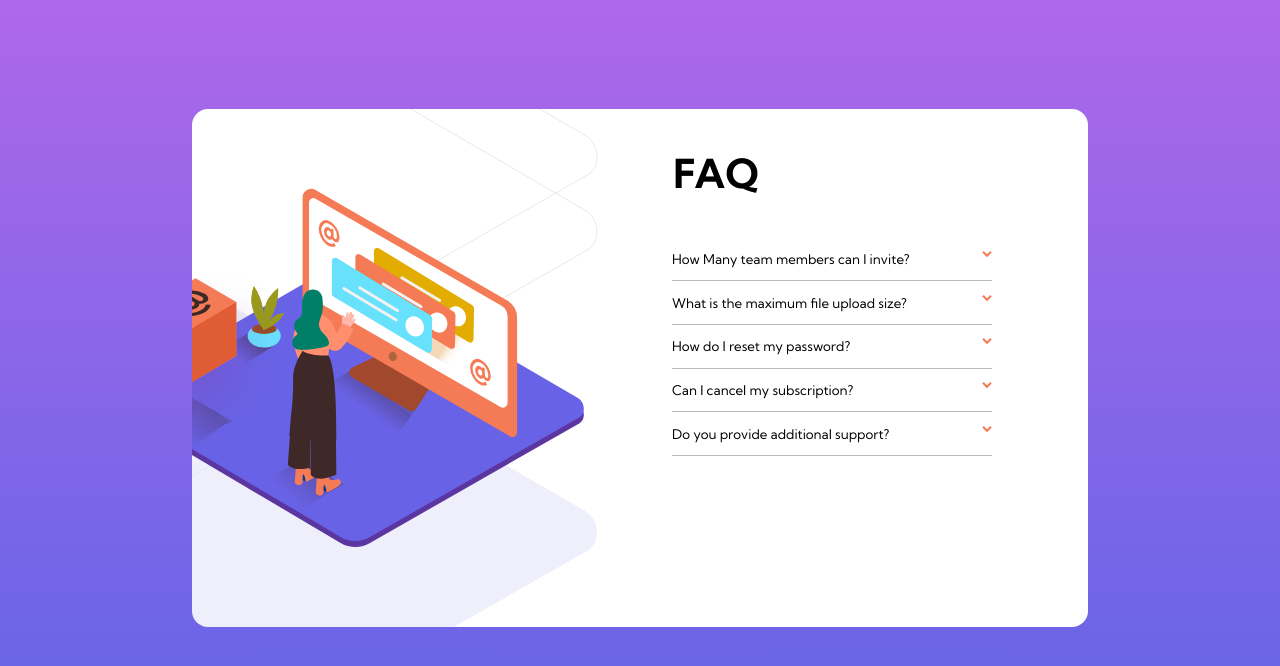
Repository: ryanwilll/ProjetoFAQ
Page: index.html
An editor plug-in stored every save of this project. The page is shown before and after the next save, followed by the edit.
The browser window is 1280 px wide. The pictures show the whole page.

Above is the page before, as saved 2022-10-28 12:15:14.

### index.html
<!DOCTYPE html>
<html lang="pt-br">

<head>
  <meta charset="UTF-8">
  <meta name="viewport" content="width=device-width, initial-scale=1.0">
  <!-- displays site properly based on user's device -->
  <link rel="preconnect" href="https://fonts.googleapis.com">
  <link rel="preconnect" href="https://fonts.gstatic.com" crossorigin>
  <link rel="preconnect" href="https://fonts.googleapis.com">
  <link rel="preconnect" href="https://fonts.gstatic.com" crossorigin>
  <link href="https://fonts.googleapis.com/css2?family=Kumbh+Sans:wght@400;700&display=swap" rel="stylesheet">
  <link rel="icon" type="image/png" sizes="32x32" href="./images/favicon-32x32.png">
  <link rel="stylesheet" href="./css/style.css">
  <link rel="stylesheet" href="./css/allmedia.css">
  <title>Frontend Mentor | FAQ Accordion Card</title>

  <!-- Feel free to remove these styles or customise in your own stylesheet 👍 -->
</head>

<body>

  <main class="container">
    <div class="card-white">
      <div class="imgs">
        <img class="img-principal" src="./images/illustration-woman-online-mobile.svg" alt="Ilustração Mobile">
        <img class="sombra-img-principal" src="./images/bg-pattern-mobile.svg" alt="Sombreamento da Imagem">
      </div>

      <div class="imgs-desktop">
        <img class="Box-Imagem" src="./images/illustration-box-desktop.svg" alt="Box da Imagem">
      </div>
      <h1 class="FAQ">FAQ</h1>
      <div class="faq-menu">

        <div class="text">
          <button class="button-answer">
            <div class="question"> How Many team members can I invite?<img class="seta"
                src="./images/icon-arrow-down.svg" alt="Seta para baixo"></div>

          </button>
          <p class="answer"> You can invite up to 2 additional users on the Free plan. There is no limit on team
            members
            for the Premium
            plan.</p>
        </div>
        <div class="text">
          <button class="button-answer">
            <div class="question"> What is the maximum file upload size?<img class="seta"
                src="./images/icon-arrow-down.svg" alt="Seta para baixo"></div>

          </button>
          <p class="answer"> No more than 2GB. All files in your account must fit your allotted storage space.</p>
        </div>
        <div class="text">
          <button class="button-answer">
            <div class="question"> How do I reset my password?<img class="seta" src="./images/icon-arrow-down.svg"
                alt="Seta para baixo"></div>

          </button>
          <p class="answer"> Click “Forgot password” from the login page or “Change password” from your profile page.
            A reset link will be emailed to you.</p>
        </div>
        <div class="text">
          <button class="button-answer">
            <div class="question"> Can I cancel my subscription?<img class="seta" src="./images/icon-arrow-down.svg"
                alt="Seta para baixo"></div>

          </button>
          <p class="answer"> Yes! Send us a message and we’ll process your request no questions asked.</p>
        </div>
        <div class="text">
          <button class="button-answer">
            <div class="question"> Do you provide additional support?<img class="seta"
                src="./images/icon-arrow-down.svg" alt="Seta para baixo"></div>

          </button>
          <p class="answer"> You can invite up to 2 additional users on the Free plan. There is no limit on team
            members
            for the Premium
            plan.</p>
        </div>
      </div>

    </div>
  </main>
  <script src="./src/index.js"></script>
</body>

</html>

### css/style.css
@charset "UTF-8";
input,
textarea,
button,
select,
a {
  -webkit-tap-highlight-color: rgba(0, 0, 0, 0);
}
/*Versão Mobile First*/
* {
  font-family: "Kumbh Sans", sans-serif;
  margin: 0px;
  padding: 0px;
  box-sizing: border-box;
}

body {
  background: linear-gradient(hsl(273, 75%, 66%) 80%, hsl(240, 73%, 65%));
  background: linear-gradient(hsl(273, 75%, 66%) 80%, hsl(240, 73%, 65%));
  background-repeat: no-repeat;
  position: relative;
  height: 100vh;
  width: 100vw;
}

.card-white {
  background-color: white;
  width: 90vw;
  max-height: 100vh;
  margin: 10em auto;
  border-radius: 1em;
  padding-bottom: 5em;
}

.card-white .imgs {
  position: relative;
  width: 50vw;
  margin: auto;
  top: -5.5em;
  z-index: 1;
}

.card-white .imgs .sombra-img-principal {
  position: relative;
  width: 50vw;
  margin: auto;
  top: -4.5em;
  z-index: -1;
}
.card-white .FAQ {
  font-size: 2.5em;
  text-align: center;
  font-weight: 600;
  margin: -3em 0em 1em;
}

.card-white button {
  border-style: none;
  text-align: left;
  background-color: transparent;
  transition: color ease-in-out 0.2s;
  justify-content: space-between;
  cursor: pointer;
  width: 80vw;
}

.card-white button img {
  position: relative;
  float: right;
  margin: auto;
}

.imgs-desktop {
  display: none;
}

.card-white button:hover {
  color: orange;
}

.card-white .faq-menu .text .question {
  width: 80vw;
  margin: 1em 0em;
}

.card-white .answer {
  visibility: hidden;
  height: 0;
  transition: height 0.5s ease;
}
.card-white .faq-menu .text {
  border-bottom: 1px solid rgb(187, 186, 186);
  width: 80vw;
  margin: auto;
}

.card-white .faq-menu .text.active .question {
  font-weight: bold;
}

.card-white .faq-menu .text.active .answer {
  visibility: visible;
  height: 2.4em;
  margin: 0.5em 0em;
  width: 75vw;
  font-size: 0.7em;
  margin-bottom: 2em;
  animation: fade 1s ease-in-out;
}

.card-white .faq-menu .text.active .seta {
  transform: rotate(180deg);
}
.seta {
  transition: transform 0.5s ease-in;
}

@keyframes fade {
  from {
    opacity: 0;
    transform: translateY(-10px);
  }
  to {
    opacity: 1;
    transform: translateY(0px);
  }
}

### css/allmedia.css
@media screen and (min-width: 600px) and (max-width: 768px) {
  body {
    background: linear-gradient(hsl(273, 75%, 66%) 80%, hsl(240, 73%, 65%));
    background: linear-gradient(hsl(273, 75%, 66%) 80%, hsl(240, 73%, 65%));
    background-repeat: no-repeat;
    position: relative;
    height: 100vh;
    width: 100vw;
  }
  .card-white {
    max-height: 100%;
    margin: 13em auto;
    border-radius: 1em;
    padding-bottom: 5em;
  }
  .card-white .imgs {
    top: -10.5em;
  }

  .card-white .imgs .sombra-img-principal {
    top: -7.5em;
  }
  .card-white .FAQ {
    font-size: 3.5em;
    margin: -5em 0em 1em;
  }

  .card-white button img {
    width: 1.5em;
    height: 1em;
  }
  .card-white .faq-menu .text .question {
    font-size: 2em;
  }
  .card-white .faq-menu .text.active .answer {
    font-size: 1.5em;
  }
}

@media screen and (min-width: 769px) and (max-width: 992px) {
  body {
    background: linear-gradient(hsl(273, 75%, 66%) 80%, hsl(240, 73%, 65%));
    background: linear-gradient(hsl(273, 75%, 66%) 80%, hsl(240, 73%, 65%));
    background-repeat: no-repeat;
    position: relative;
    height: 100%;
    width: 100%;
  }
  .card-white {
    max-height: 100%;
    margin: 15em auto;
    border-radius: 1em;
    padding-bottom: 5em;
  }
  .card-white .imgs {
    top: -10.5em;
  }

  .card-white .imgs .sombra-img-principal {
    top: -7.5em;
  }
  .card-white .FAQ {
    font-size: 4em;
    margin: -3em 0em 1em;
  }
  .card-white button img {
    width: 1.5em;
    height: 1em;
  }
  .card-white .faq-menu .text .question {
    font-size: 2em;
  }
  .card-white .faq-menu .text.active .answer {
    font-size: 1.5em;
  }
}

@media screen and (min-width: 993px) and (max-width: 1200px) {
  body {
    background: linear-gradient(hsl(273, 75%, 66%) 80%, hsl(240, 73%, 65%));
    background: linear-gradient(hsl(273, 75%, 66%) 80%, hsl(240, 73%, 65%));
    background-repeat: no-repeat;
    position: relative;
    height: 100%;
    width: 100%;
  }
  .card-white {
    max-height: 100%;
    margin: 15em auto;
    border-radius: 1em;
    padding-bottom: 5em;
  }
  .card-white .imgs {
    top: -16.5em;
  }

  .card-white .imgs .sombra-img-principal {
    top: -11.5em;
  }
  .card-white .FAQ {
    font-size: 5em;
    margin: -5.5em 0em 1em;
  }
  .card-white button img {
    width: 1.5em;
    height: 1em;
  }
  .card-white .faq-menu .text .question {
    font-size: 2.3em;
  }
  .card-white .faq-menu .text.active .answer {
    font-size: 1.7em;
  }
}

@media screen and (min-width: 1201px) {
  body {
    margin: 0;
    height: 100%;
    min-height: 100vh;
    max-width: 100vw;
    background: linear-gradient(hsl(273, 75%, 66%), hsl(240, 73%, 65%));
    display: grid;
    justify-content: center;
    align-content: center;
    overflow-x: hidden;
  }
  .imgs {
    display: none;
  }

  .card-white {
    position: relative;
    background-color: white;
    min-height: 70vh;
    height: 100%;
    width: 70vw;
    margin: 8em auto 0.4em auto;
    border-radius: 1em;
    padding-bottom: 5em;
    box-sizing: border-box;

    background: url(../images/illustration-box-desktop.svg) center left -6em no-repeat,
      url(../images/illustration-woman-online-desktop.svg) center left -5em no-repeat,
      url(../images/bg-pattern-desktop.svg) bottom -11em left -35em no-repeat;

    background-color: white;
    /*background-image: url(../images/illustration-woman-online-desktop.svg);
    background-position: -5em center;
    background-repeat: no-repeat;
  */
  }

  .card-white .FAQ {
    font-size: 2.5em;
    font-weight: 600;
    padding-top: 1em;
    box-sizing: border-box;
    margin-left: 3.8em;
  }
  .card-white .faq-menu .text {
    border-bottom: 1px solid rgb(187, 186, 186);
    width: 25vw;
    margin-right: 6em;
  }
  .card-white button {
    width: 25vw;
  }
  .card-white button img {
    margin: auto;
  }
  .card-white .faq-menu .text .question {
    width: 25vw;
  }
  .card-white .faq-menu .text .answer {
    max-width: 25vw;
  }
}

### src/index.js
const faqs = document.querySelectorAll(".text");

faqs.forEach((faq) => {
  faq.addEventListener("click", () => {
    faq.classList.toggle("active");
  });
});

After the next save:
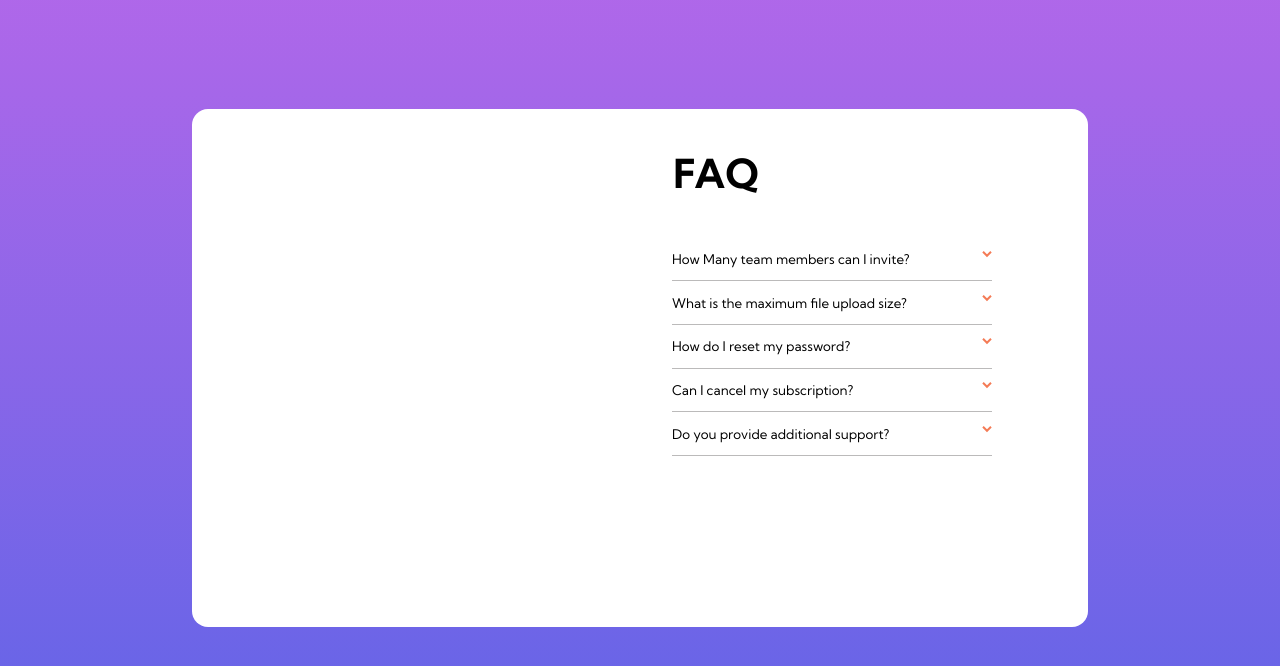
Saved 19 s later.
--- a/css/allmedia.css
+++ b/css/allmedia.css
@@ -140,9 +140,10 @@
     padding-bottom: 5em;
     box-sizing: border-box;
 
-    background: url(../images/illustration-box-desktop.svg) center left -6em no-repeat,
-      url(../images/illustration-woman-online-desktop.svg) center left -5em no-repeat,
-      url(../images/bg-pattern-desktop.svg) bottom -11em left -35em no-repeat;
+    background:
+    url(../images/illustration-woman-online-desktop.svg) center left -5em
+        no-repeat,
+      url(../images/bg-pattern-desktop.svg) bottom -11em left -35em no-repeat,
 
     background-color: white;
     /*background-image: url(../images/illustration-woman-online-desktop.svg);

After the save that followed:
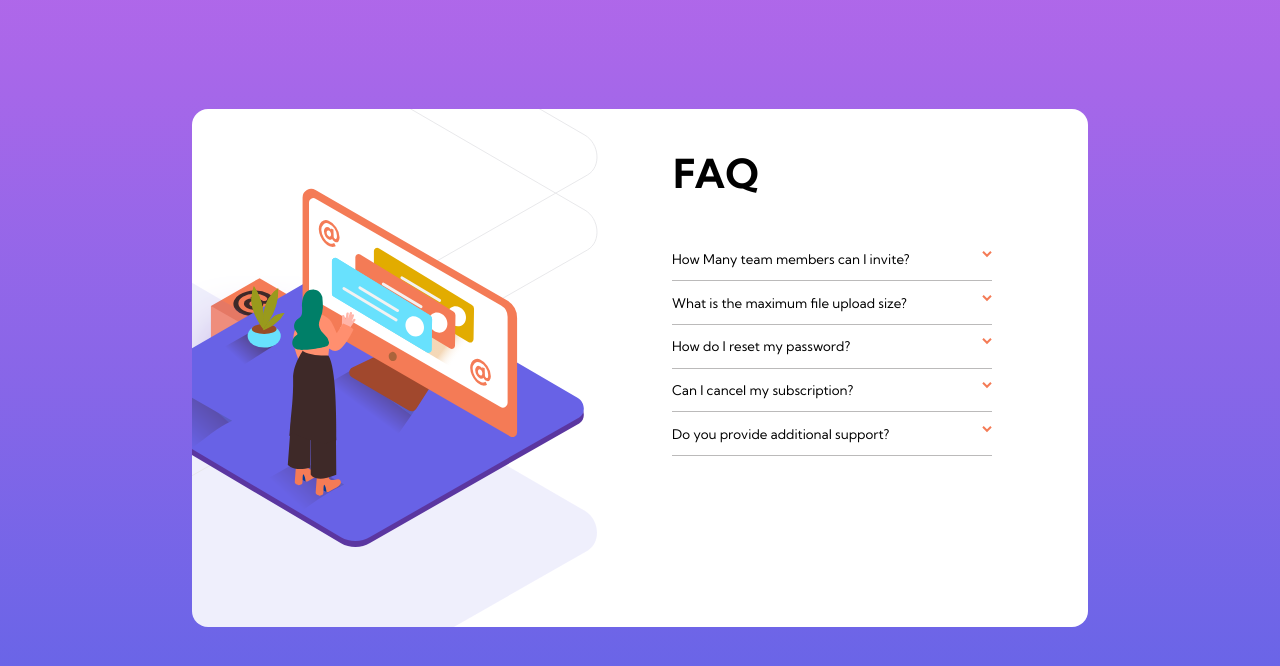
Saved 5 s later.
--- a/css/allmedia.css
+++ b/css/allmedia.css
@@ -140,11 +140,10 @@
     padding-bottom: 5em;
     box-sizing: border-box;
 
-    background:
-    url(../images/illustration-woman-online-desktop.svg) center left -5em
+    background: url(../images/illustration-woman-online-desktop.svg) center left -5em
         no-repeat,
       url(../images/bg-pattern-desktop.svg) bottom -11em left -35em no-repeat,
-
+      url(../images/illustration-box-desktop.svg) center left -2em no-repeat;
     background-color: white;
     /*background-image: url(../images/illustration-woman-online-desktop.svg);
     background-position: -5em center;
